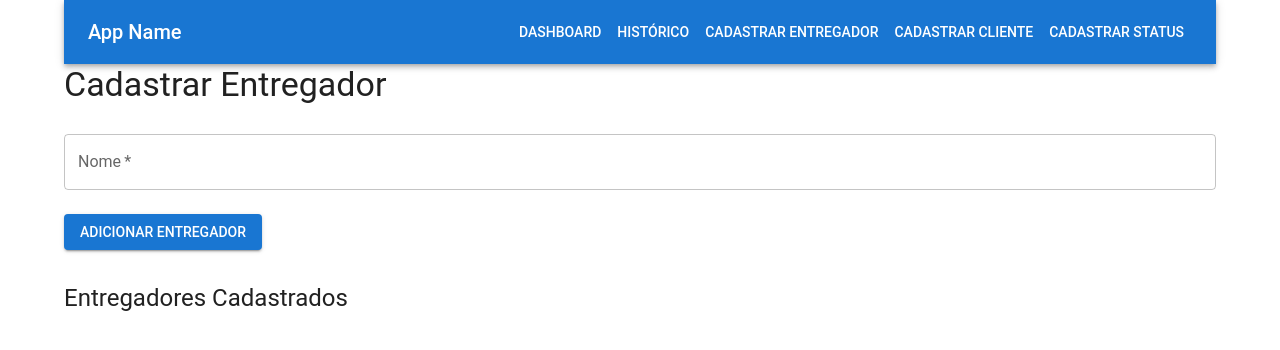
Repository: feliperanon/mobilegestao
Page: /add-entregador (app in frontend/)
An editor plug-in stored every save of this project. The page is shown before and after the next save, followed by the edit.
The browser window is 1280 px wide. The pictures show the whole page.
The page's requests for data from a server got no answer. The project was rebuilt for these pictures with package versions that can differ from the ones it lists, and the page was loaded fresh each time. No one was signed in, and anything a server would have sent is missing. Also part of the build but not shown: frontend/webpack.config.js, frontend/src/pages/Home.js, frontend/src/pages/History.js, frontend/src/pages/Analysis.js, frontend/src/components/Dashboard.js, frontend/src/components/Login.js, frontend/src/components/Register.js, frontend/src/components/AddCliente.js and 1 more.

Above is the page before, as saved 2024-07-18 11:37:43.

### frontend/public/index.html
<!-- frontend/public/index.html -->

<!DOCTYPE html>
<html lang="en">
<head>
    <meta charset="UTF-8">
    <meta name="viewport" content="width=device-width, initial-scale=1.0">
    <title>Mobile Gestão</title>
</head>
<body>
    <div id="root"></div>
</body>
</html>

### frontend/src/index.js
// frontend/src/index.js

import React from 'react';
import ReactDOM from 'react-dom';
import { BrowserRouter as Router, Route, Switch } from 'react-router-dom';
import { ThemeProvider, createTheme } from '@mui/material/styles';
import CssBaseline from '@mui/material/CssBaseline';
import Home from './pages/Home';
import History from './pages/History';
import Analysis from './pages/Analysis';
import Dashboard from './components/Dashboard';
import Login from './components/Login';
import Register from './components/Register';
import AddEntregador from './components/AddEntregador';
import AddCliente from './components/AddCliente';
import AddStatus from './components/AddStatus';

const theme = createTheme({
  palette: {
    primary: {
      main: '#1976d2',
    },
    secondary: {
      main: '#dc004e',
    },
  },
  typography: {
    fontFamily: 'Roboto, Arial, sans-serif',
  },
});

ReactDOM.render(
  <ThemeProvider theme={theme}>
    <CssBaseline />
    <Router>
      <Switch>
        <Route path="/" exact component={Home} />
        <Route path="/login" component={Login} />
        <Route path="/register" component={Register} />
        <Route path="/dashboard" component={Dashboard} />
        <Route path="/history" component={History} />
        <Route path="/analysis" component={Analysis} />
        <Route path="/add-entregador" component={AddEntregador} />
        <Route path="/add-cliente" component={AddCliente} />
        <Route path="/add-status" component={AddStatus} />
      </Switch>
    </Router>
  </ThemeProvider>,
  document.getElementById('root')
);

### frontend/src/components/AddEntregador.js
import React, { useState, useEffect } from 'react';
import axios from 'axios';
import { Container, Typography, TextField, Button, Box, List, ListItem, ListItemText, IconButton } from '@mui/material';
import Navigation from './Navigation';
import EditIcon from '@mui/icons-material/Edit';
import DeleteIcon from '@mui/icons-material/Delete';
import DeactivateIcon from '@mui/icons-material/Block';

const AddEntregador = () => {
  const [nome, setNome] = useState('');
  const [entregadores, setEntregadores] = useState([]);
  const [message, setMessage] = useState('');
  const [editMode, setEditMode] = useState(false);
  const [editId, setEditId] = useState(null);

  useEffect(() => {
    const fetchEntregadores = async () => {
      try {
        const response = await axios.get('http://localhost:5008/api/lists/entregadores');
        setEntregadores(response.data);
      } catch (err) {
        console.error('Erro ao buscar entregadores', err);
      }
    };

    fetchEntregadores();
  }, []);

  const handleSubmit = async (e) => {
    e.preventDefault();
    try {
      if (editMode) {
        await axios.put(`http://localhost:5008/api/lists/entregadores/${editId}`, { nome });
        setMessage('Entregador atualizado com sucesso!');
      } else {
        const response = await axios.post('http://localhost:5008/api/lists/entregadores', { nome });
        setEntregadores([...entregadores, response.data]);
        setMessage('Entregador cadastrado com sucesso!');
      }
      setNome('');
      setEditMode(false);
      setEditId(null);
    } catch (err) {
      setMessage('Erro ao adicionar/atualizar entregador. Tente novamente.');
      console.error('Erro ao adicionar/atualizar entregador', err);
    }
  };

  const handleEdit = (id, nome) => {
    setEditMode(true);
    setEditId(id);
    setNome(nome);
  };

  const handleDelete = async (id) => {
    try {
      await axios.delete(`http://localhost:5008/api/lists/entregadores/${id}`);
      setEntregadores(entregadores.filter(entregador => entregador._id !== id));
      setMessage('Entregador excluído com sucesso!');
    } catch (err) {
      setMessage('Erro ao excluir entregador. Tente novamente.');
      console.error('Erro ao excluir entregador', err);
    }
  };

  const handleDeactivate = async (id) => {
    try {
      await axios.patch(`http://localhost:5008/api/lists/entregadores/${id}/deactivate`);
      setEntregadores(entregadores.map(entregador => entregador._id === id ? { ...entregador, ativo: false } : entregador));
      setMessage('Entregador desativado com sucesso!');
    } catch (err) {
      setMessage('Erro ao desativar entregador. Tente novamente.');
      console.error('Erro ao desativar entregador', err);
    }
  };

  return (
    <Container>
      <Navigation />
      <Typography variant="h4" component="h1" gutterBottom>
        Cadastrar Entregador
      </Typography>
      <Box component="form" onSubmit={handleSubmit} sx={{ mb: 4 }}>
        <TextField
          label="Nome"
          value={nome}
          onChange={(e) => setNome(e.target.value)}
          fullWidth
          required
          margin="normal"
        />
        <Button type="submit" variant="contained" color="primary" sx={{ mt: 2 }}>
          {editMode ? 'Atualizar Entregador' : 'Adicionar Entregador'}
        </Button>
        {message && <Typography variant="body2" color="textSecondary">{message}</Typography>}
      </Box>
      <Typography variant="h5" component="h2" gutterBottom>
        Entregadores Cadastrados
      </Typography>
      <List>
        {entregadores.map((entregador) => (
          <ListItem key={entregador._id}>
            <ListItemText primary={entregador.nome} />
            <IconButton onClick={() => handleEdit(entregador._id, entregador.nome)}>
              <EditIcon />
            </IconButton>
            <IconButton onClick={() => handleDeactivate(entregador._id)}>
              <DeactivateIcon />
            </IconButton>
            <IconButton onClick={() => handleDelete(entregador._id)}>
              <DeleteIcon />
            </IconButton>
          </ListItem>
        ))}
      </List>
    </Container>
  );
};

export default AddEntregador;

### frontend/src/components/Navigation.js
// frontend/src/components/Navigation.js

import React from 'react';
import { Link } from 'react-router-dom';
import { AppBar, Toolbar, Typography, Button } from '@mui/material';

const Navigation = () => {
  return (
    <AppBar position="static">
      <Toolbar>
        <Typography variant="h6" sx={{ flexGrow: 1 }}>
          App Name
        </Typography>
        <Button color="inherit" component={Link} to="/dashboard">Dashboard</Button>
        <Button color="inherit" component={Link} to="/history">Histórico</Button>
        <Button color="inherit" component={Link} to="/add-entregador">Cadastrar Entregador</Button>
        <Button color="inherit" component={Link} to="/add-cliente">Cadastrar Cliente</Button>
        <Button color="inherit" component={Link} to="/add-status">Cadastrar Status</Button>
      </Toolbar>
    </AppBar>
  );
};

export default Navigation;

After the next save:
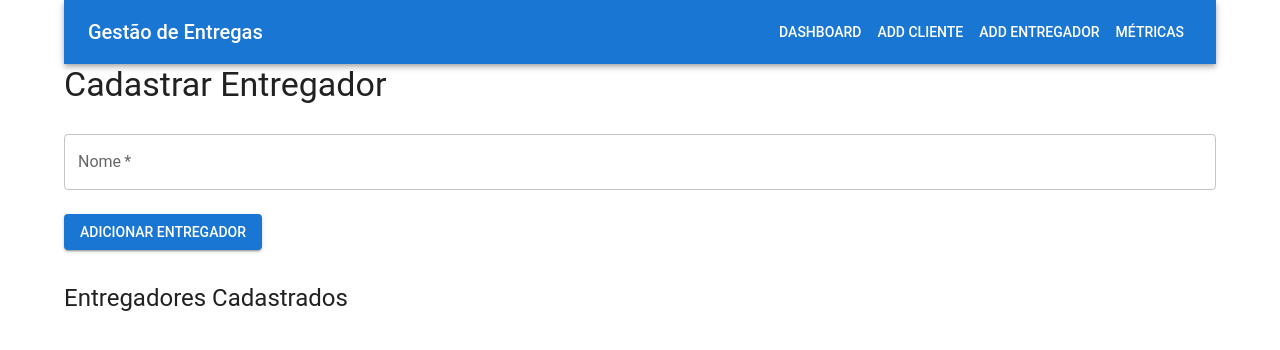
Saved 91 s later.
--- a/frontend/src/components/Navigation.js
+++ b/frontend/src/components/Navigation.js
@@ -1,21 +1,26 @@
-// frontend/src/components/Navigation.js
-
 import React from 'react';
+import { AppBar, Toolbar, Typography, Button } from '@mui/material';
 import { Link } from 'react-router-dom';
-import { AppBar, Toolbar, Typography, Button } from '@mui/material';
 
 const Navigation = () => {
   return (
     <AppBar position="static">
       <Toolbar>
-        <Typography variant="h6" sx={{ flexGrow: 1 }}>
-          App Name
+        <Typography variant="h6" style={{ flexGrow: 1 }}>
+          Gestão de Entregas
         </Typography>
-        <Button color="inherit" component={Link} to="/dashboard">Dashboard</Button>
-        <Button color="inherit" component={Link} to="/history">Histórico</Button>
-        <Button color="inherit" component={Link} to="/add-entregador">Cadastrar Entregador</Button>
-        <Button color="inherit" component={Link} to="/add-cliente">Cadastrar Cliente</Button>
-        <Button color="inherit" component={Link} to="/add-status">Cadastrar Status</Button>
+        <Button color="inherit" component={Link} to="/">
+          Dashboard
+        </Button>
+        <Button color="inherit" component={Link} to="/add-cliente">
+          Add Cliente
+        </Button>
+        <Button color="inherit" component={Link} to="/add-entregador">
+          Add Entregador
+        </Button>
+        <Button color="inherit" component={Link} to="/metrics">
+          Métricas
+        </Button>
       </Toolbar>
     </AppBar>
   );
